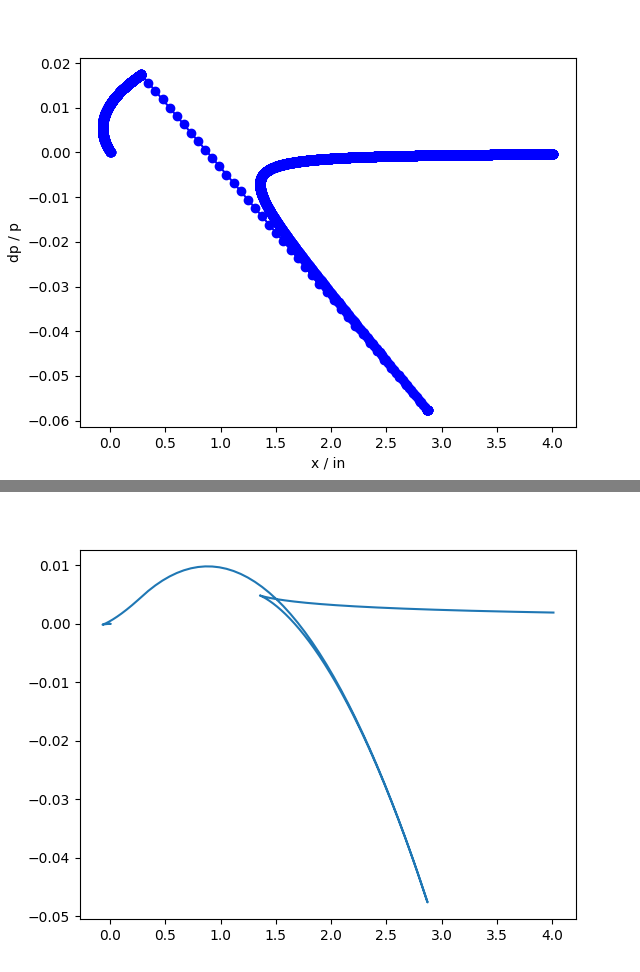
Repository: leiradom/Modified-linear-theory
Script's output: python 3_Shock_correction.py
An editor plug-in stored every save of this project. The script's output is shown before and after the next save, followed by the edit.
Each picture stacks the figures in order, with grey between them; figures that are only written to a file come last. Random numbers start from a fixed seed.

Above is the script's output before, as saved 2021-04-21 15:11:49.

After the next save:
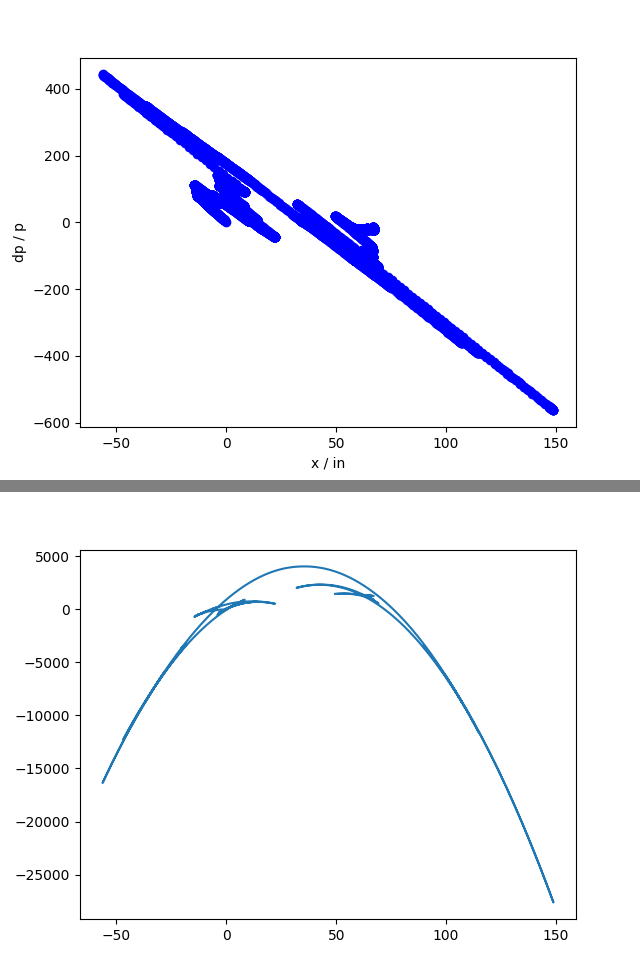
Saved 38 s later.
--- a/3_Shock_correction.py
+++ b/3_Shock_correction.py
@@ -7,7 +7,7 @@ import math
 import numpy as np
 import matplotlib.pyplot as plt
 
-pressure = np.loadtxt("model3_h5.txt",dtype=np.float64)   #存放未修正的压力信号
+pressure = np.loadtxt("tu144.txt",dtype=np.float64)   #存放未修正的压力信号
 a = len(pressure)                                              #未加点时的点数
 
 X = np.ones(a,dtype=np.float64)     #存放x的数组 用于加点用的横坐标数组
